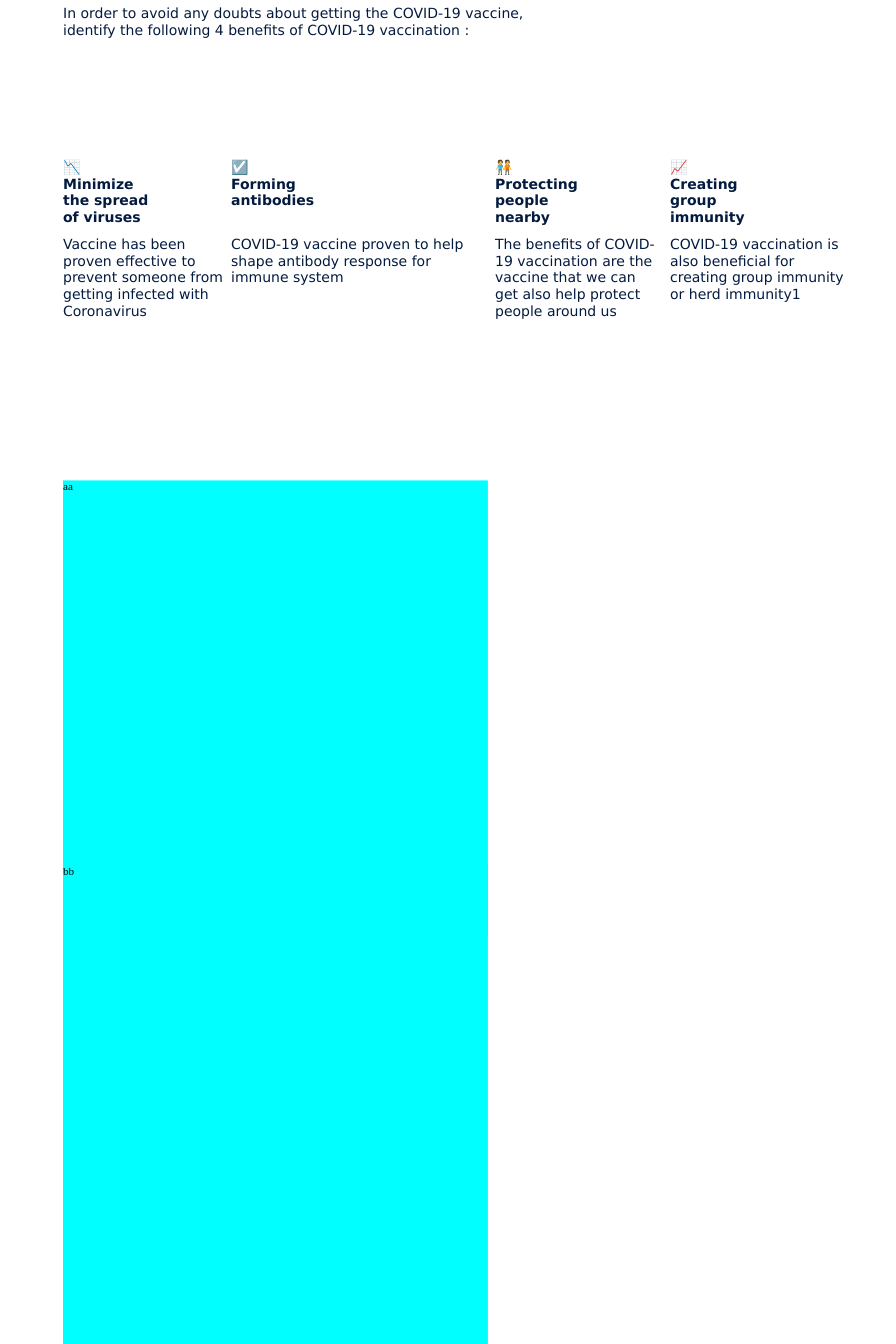
Repository: roge64/cssfrontend
Page: index.html
An editor plug-in stored every save of this project. The page is shown before and after the next save, followed by the edit.
The browser window is 1280 px wide. The pictures show the part of the page from y = 1086 to 3006 px (the page is 3474 px tall), at 70% of full size.

Above is the page before, as saved 2022-03-11 17:35:50.

After the next save:
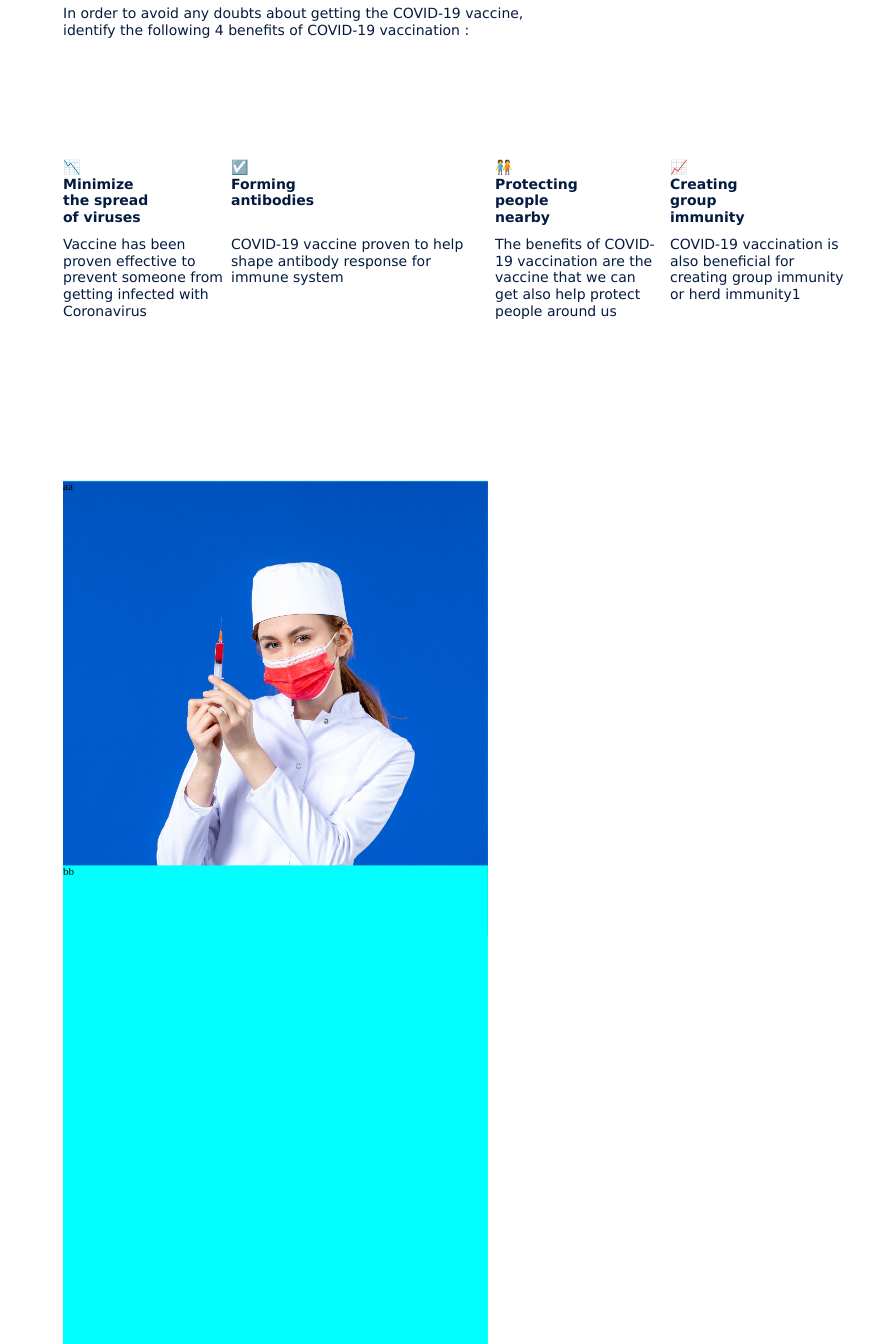
Saved 28 s later.
--- a/estilos/estilos.css
+++ b/estilos/estilos.css
@@ -509,7 +509,7 @@
     grid-column: 1 / 50;
     grid-row: 15 / 21;
     background-color: aqua;
-
+    background-image: url("../img/picx1.png");
     background-repeat: no-repeat;
     background-size: cover;
 
